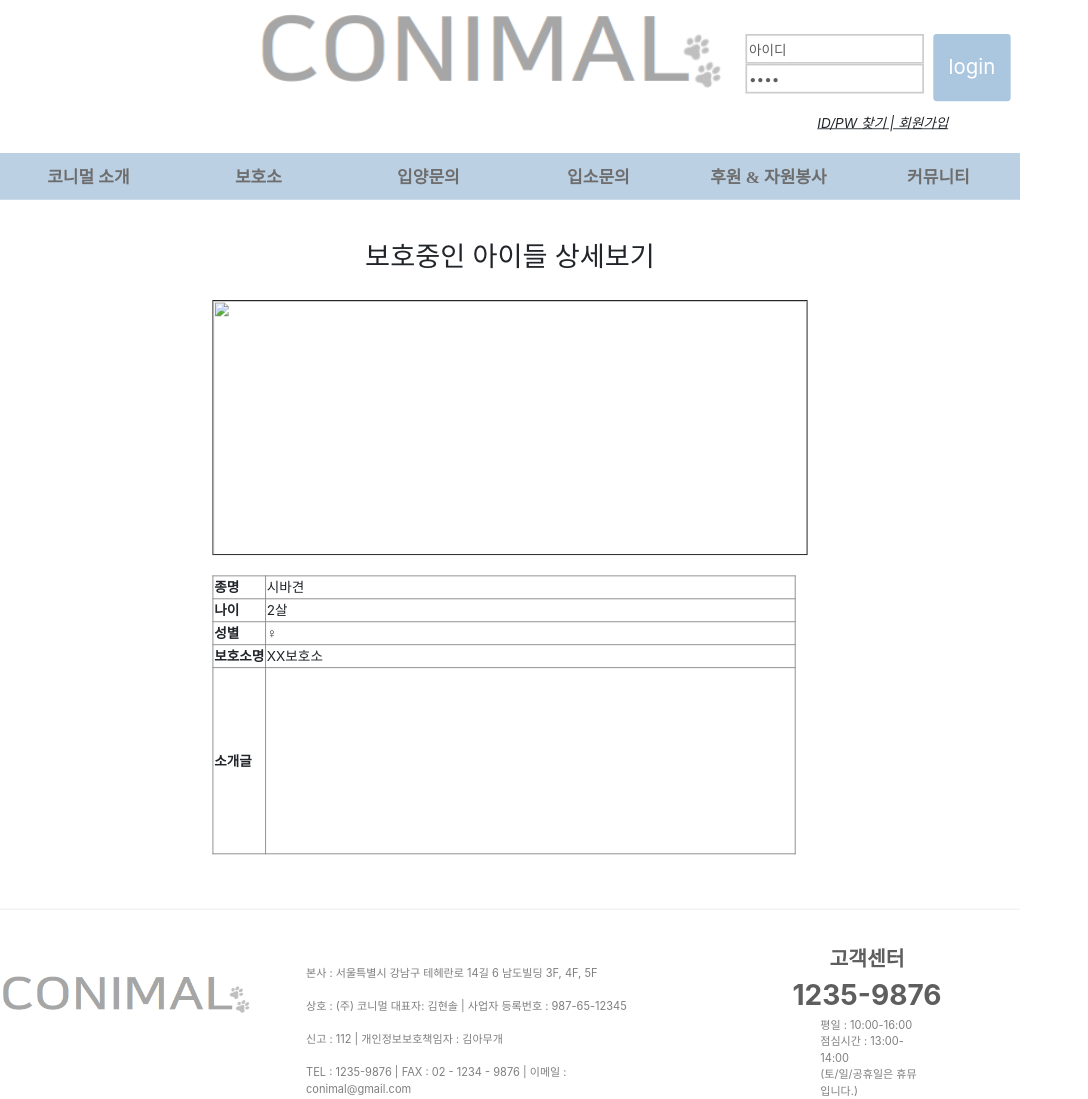
Repository: rlagusthf12/SemiProject
Page: http://localhost/conimal/views/animal/animalDetailView.jsp
An editor plug-in stored every save of this project. The page is shown before and after the next save, followed by the edit.
The browser window is 1280 px wide. The pictures show the whole page, at 85% of full size.
The page is served by Tomcat 9. Nobody is signed in. The application's start-up code is not run. Other server files are loaded and not shown.

Above is the page before, as saved 2021-05-27 12:56:07.

### conimal/WebContent/views/animal/animalDetailView.jsp
<%@ page language="java" contentType="text/html; charset=UTF-8"
    pageEncoding="UTF-8"%>
<!DOCTYPE html>
<html>
<head>
<meta charset="UTF-8">
<title>Insert title here</title>
<style>
	body{
		width: 1200px;
		margin: auto;
	}
	.pic-area img{
		border: 1px solid black;
		width: 700px;
		height: 300px;
	}
	table{
		margin-left: 250px;
	}
</style>
</head>
<body>

	<%@ include file="../common/menubar.jsp" %>

	<br><br>

	<h2 align="center">보호중인 아이들 상세보기</h2>

	<br>

	<div class="pic-area" align="center">
		<img src="" alt="">
	</div>

	<br>

	<table border>
		<tr>
			<th>종명</th>
			<td>시바견</td>
		</tr>
		<tr>
			<th>나이</th>
			<td>2살</td>
		</tr>
		<tr>
			<th>성별</th>
			<td>♀</td>
		</tr>
        <tr>
			<th>보호소명</th>
			<td>XX보호소</td>
		</tr>
		<tr>
			<th>소개글</th>
			<td><p style="width:620px; height:200px;"></p></td>
		</tr>
	</table>

	<br><br>

	<%@ include file="../common/footerbar.jsp" %>

</body>
</html>

### conimal/WebContent/views/common/menubar.jsp
<%@ page language="java" contentType="text/html; charset=UTF-8"
    pageEncoding="UTF-8"%>
<%
	String contextPath = request.getContextPath();

	String alertMsg = (String)session.getAttribute("alertMsg");
%>
<!DOCTYPE html>
<html>
<head>
<meta charset="UTF-8">
<title>Insert title here</title>

<!-- Latest compiled and minified CSS -->
<link rel="stylesheet" href="https://maxcdn.bootstrapcdn.com/bootstrap/4.5.2/css/bootstrap.min.css">
<!-- jQuery library -->
<script src="https://ajax.googleapis.com/ajax/libs/jquery/3.5.1/jquery.min.js"></script>
<!-- Popper JS -->
<script src="https://cdnjs.cloudflare.com/ajax/libs/popper.js/1.16.0/umd/popper.min.js"></script>
<!-- Latest compiled JavaScript -->
<script src="https://maxcdn.bootstrapcdn.com/bootstrap/4.5.2/js/bootstrap.min.js"></script>

<style>
    .on{
         width: 1200px;
         height: 180px;
         margin: 0 auto;
         }
    .mainLogo{

        margin-left: 302px;

    }

    .login {
        float:right;
        margin-top:40px;
     }
   #loginform>*{

    float:left;
    }
    .id_pwd{width: 65%; height: 70px; } .loginbtn{width: 35%;}

    .pwd,.id{
        color: rgb(94, 94, 94);
        border-style: solid;
        border-color: rgb(204, 204, 204);
        width:100%;
        height:50%;
    }
    .loginbtn>input{
        font-size: 24px;
        width: 80%;
        height: 100%;
        color: rgb(255, 255, 255);
        line-height: 3.2em;
        background-color: rgb(171, 198, 223);
        text-align: center;
        border-radius: 4px;
        border:0px;
    }

    .find{
    text-decoration-line: underline;
    font-style: italic;
    font-size: 16px;
    line-height: 3.2em;
    }

    .navi{
            width: 1200px; height: 55px;
            background-color: rgb(187, 208, 227);
            margin: 0 auto;
     }
     #navi1{
            list-style-type:none;
            margin:0;
            padding:0;
            height:100%;
            text-decoration:none;

        }

        #navi1>li{
            margin-left: 8px;
            float:left;
            width:16%;
            height:100%;
            text-align:center;
        }
        #navi1 a{
            line-height: 2.8em;
            font-size: 20px;
            color: rgb(110, 109, 109);
            font-family: HanSans;
            width: 16.6%;
            font-weight: bold;
            cursor:pointer;
            height:100%;
            width:100%;
            display:block;
            text-decoration:none;
            z-index: 6;
        }
        #navi1 a:hover{color: white;}
        #navi1>li>ul{
            list-style-type:none;
            display:none;
            margin-top:0px;
            padding:10px;
            background-color: rgb(184, 183, 183);
            font-family: HanSans;
            line-height: 2.8em;
            font-size: 20px;
            position: relative;
            z-index: 6;
        }
        #navi1>li>ul a{font-size:15px;}
        #navi1>li>a:hover+ul{display:block;}
        #navi1>li>ul:hover{display:block;}
     </style>
</head>

<body>

	<script>
		var msg = "<%= alertMsg %>";
		// var msg = "메세지" / "null"

		if(msg != "null") {
			alert(msg);
			// 알림창을 띄워준 후 session에 담긴 해당 메시지는 지워줘야한다
			// 안그러면 menubar.jsp가 로딩될때마다 매번 alert가 뜸
			<% session.removeAttribute("alertMsg"); %>
		}
	</script>

            <div class="on">

                    <image src="resources/images/mainLogo.png" width="558px" height="120px" class="mainLogo">

                        <div class="login" align="center">

                            <form action="" id="loginform">

                                <div class="id_pwd">
                                    <input type="text" class="id" value="아이디"><br>
                                    <input type="password" class="pwd" value="비밀번호" >
                                </div>

                                <div class="loginbtn">
                                    <input type="submit" value="login">
                                </div>
                            </form>
                            <span class="find">ID/PW 찾기 | 회원가입</span>
                        </div>

            </div>
            <div class="navi">
                    <ul id="navi1" >
                        <li><a href="">코니멀 소개</a></li>
                        <li><a href="">보호소</a></li>
                        <li><a href="">입양문의</a>
                            <ul>
                                <li><a href="">보호중인 동물</a></li>
                                <li><a href="<%=contextPath%>/process.ad">입양 절차</a></li>
                                <li><a href="">입양 신청</a></li>
                                <li><a href="">입양 후기</a></li>
                            </ul>
                        </li>
                        <li><a href="">입소문의</a>
                            <ul>
                                <li><a href="<%=contextPath%>/process.en">입소 절차</a></li>
                                <li><a href="">입소 신청</a></li>
                            </ul>
                        </li>
                        <li><a href="">후원 &amp; 자원봉사</a>
                        <ul>
                            <li><a href="<%=contextPath%>/list.vo?currentPage=1">자원봉사</a></li>
                            <li><a href="<%=contextPath%>/list.do?currentPage=1">후원</a></li>
                        </ul>
                      </li>
                        <li><a href="">커뮤니티</a>
                        <ul>
                            <li><a href="">자유 게시판</a></li>
                            <li><a href="">공지사항</a></li>
                            <li><a href="">고객센터</a></li>
                        </ul>
                    </li>
                    </ul>
            </div>


</body>
</html>

### conimal/WebContent/views/common/footerbar.jsp
<%@ page language="java" contentType="text/html; charset=UTF-8"
    pageEncoding="UTF-8"%>
<!DOCTYPE html>
<html>
<head>
<meta charset="UTF-8">
<title>Insert title here</title>
<style>


 .footerbar{

         width: 1200px;
         height: 180px;
         margin: 0 auto;
     }
     .call{
         width:30%;
         height: 100%;
         float:left;
         margin-left: 60px;
     }

     .minLogo{

         padding-top: 30px;
         height: 100%;
         float:left;
     }
     .ex{
        width:40%;
        float:left;
        height:100%;
        padding-top: 25px;
    }
     .ect{

        font-size: 13px;
        color: rgb(127, 127, 127);
        text-align: left;
        width:450px;
        padding-left: 60px;

     }
     .ect2{
        font-weight: bold; font-size: 24px; text-align: center; color: rgb(94, 94, 94);
     }
     .ect3{
        font-weight: bold; font-size: 33px; text-align: center; color: rgb(94, 94, 94);
     }
     #al{
        width: 250px;
        padding-left: 125px;
     }


</style>
</head>
<body>
            <hr>
            <br>
            <div class="footerbar">
            <div class="minLogo">
                <div>
                 <image src="resources/images/mainLogo.png" width="300" height="60"></image>
                </div>
            </div>
            <div class="ex">
             <div class="ect">
                    본사 : 서울특별시 강남구 테헤란로 14길 6 남도빌딩 3F, 4F, 5F<br><br>

                    상호 : (주) 코니멀 대표자: 김현솔 | 사업자 등록번호 : 987-65-12345 <br><br>

                    신고 : 112 | 개인정보보호책임자 : 김아무개<br><br>

                    TEL : 1235-9876 | FAX : 02 - 1234 - 9876 | 이메일  :  conimal@gmail.com
              </div>
            </div>


            <div class="call">
                <div class="ect2" >
                    고객센터
                    <div class="ect3">
                    1235-9876

                    </div>
                </div>

                <div class="ect" id="al">
                    평일 : 10:00-16:00<br>
                    점심시간 : 13:00-14:00<br>
                    (토/일/공휴일은 휴뮤입니다.)
                </div>

            </div>
            </div>


</body>
</html>

After the next save:
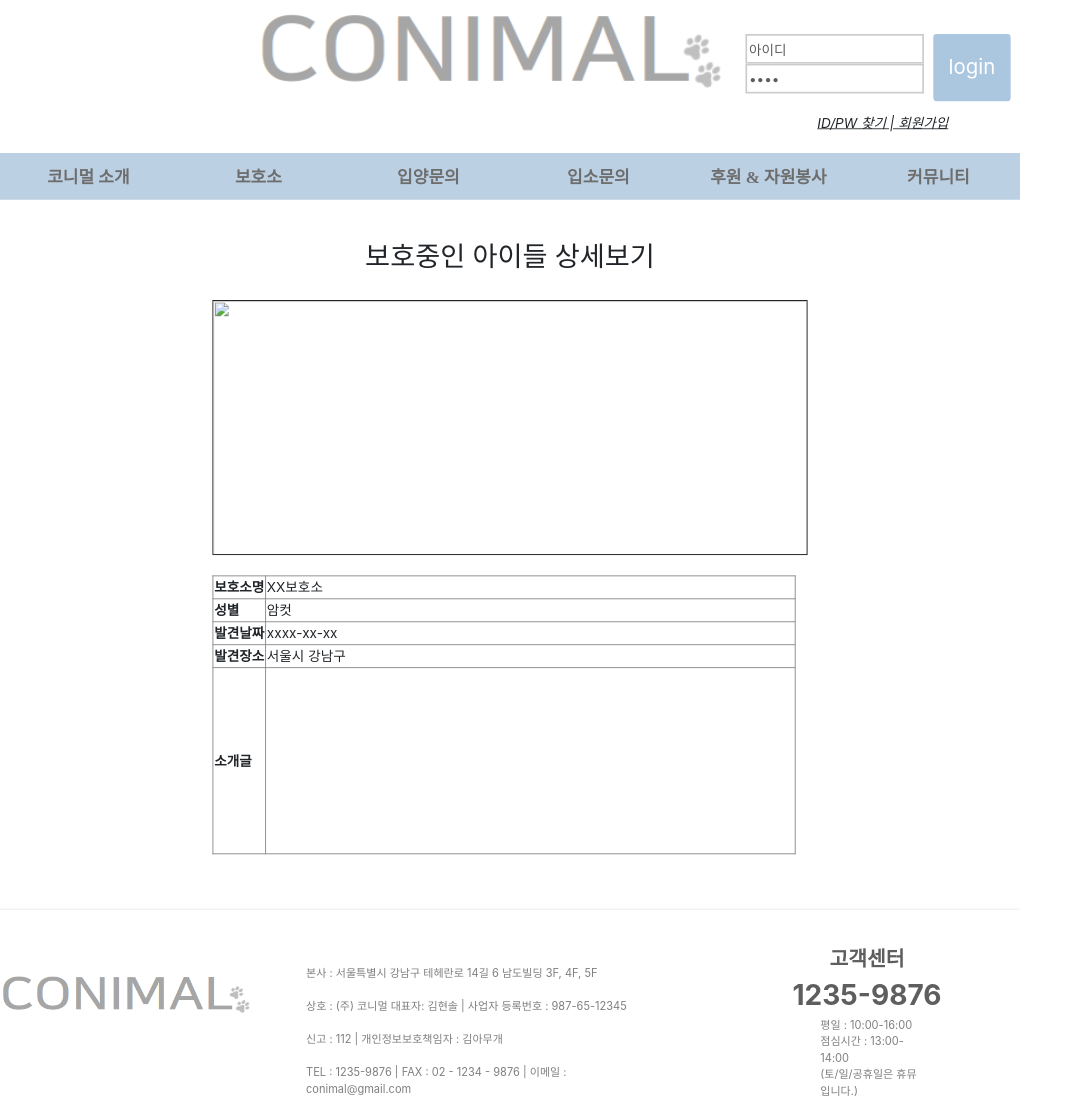
Saved 11 h 39 min later.
--- a/conimal/WebContent/views/animal/animalDetailView.jsp
+++ b/conimal/WebContent/views/animal/animalDetailView.jsp
@@ -38,20 +38,20 @@
 
 	<table border>
 		<tr>
-			<th>종명</th>
-			<td>시바견</td>
-		</tr>
-		<tr>
-			<th>나이</th>
-			<td>2살</td>
+			<th>보호소명</th>
+			<td>XX보호소</td>
 		</tr>
 		<tr>
 			<th>성별</th>
-			<td>♀</td>
+			<td>암컷</td>
+		</tr>
+		<tr>
+			<th>발견날짜</th>
+			<td>xxxx-xx-xx</td>
 		</tr>
         <tr>
-			<th>보호소명</th>
-			<td>XX보호소</td>
+			<th>발견장소</th>
+			<td>서울시 강남구</td>
 		</tr>
 		<tr>
 			<th>소개글</th>
